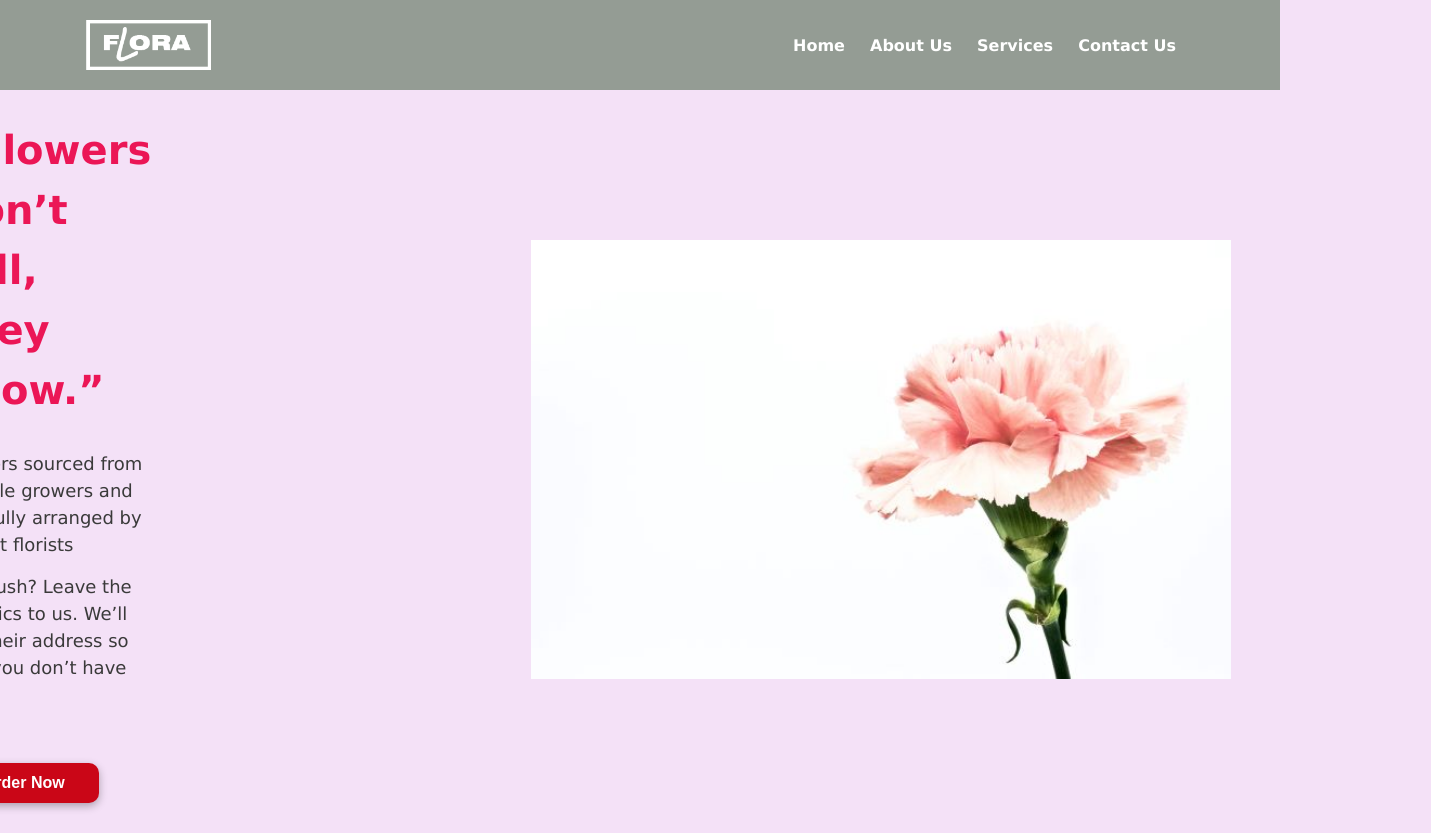
Repository: SaadYasin/test003-flex-box
Page: index.html
An editor plug-in stored every save of this project. The page is shown before and after the next save, followed by the edit.
The browser window is 1280 px wide. The page is 1431 px wide, then 1280 px, so the pictures cover 1431 px, including what lies to the right of the window. The pictures show the whole page.

Above is the page before, as saved 2022-10-30 14:43:15.

After the next save:
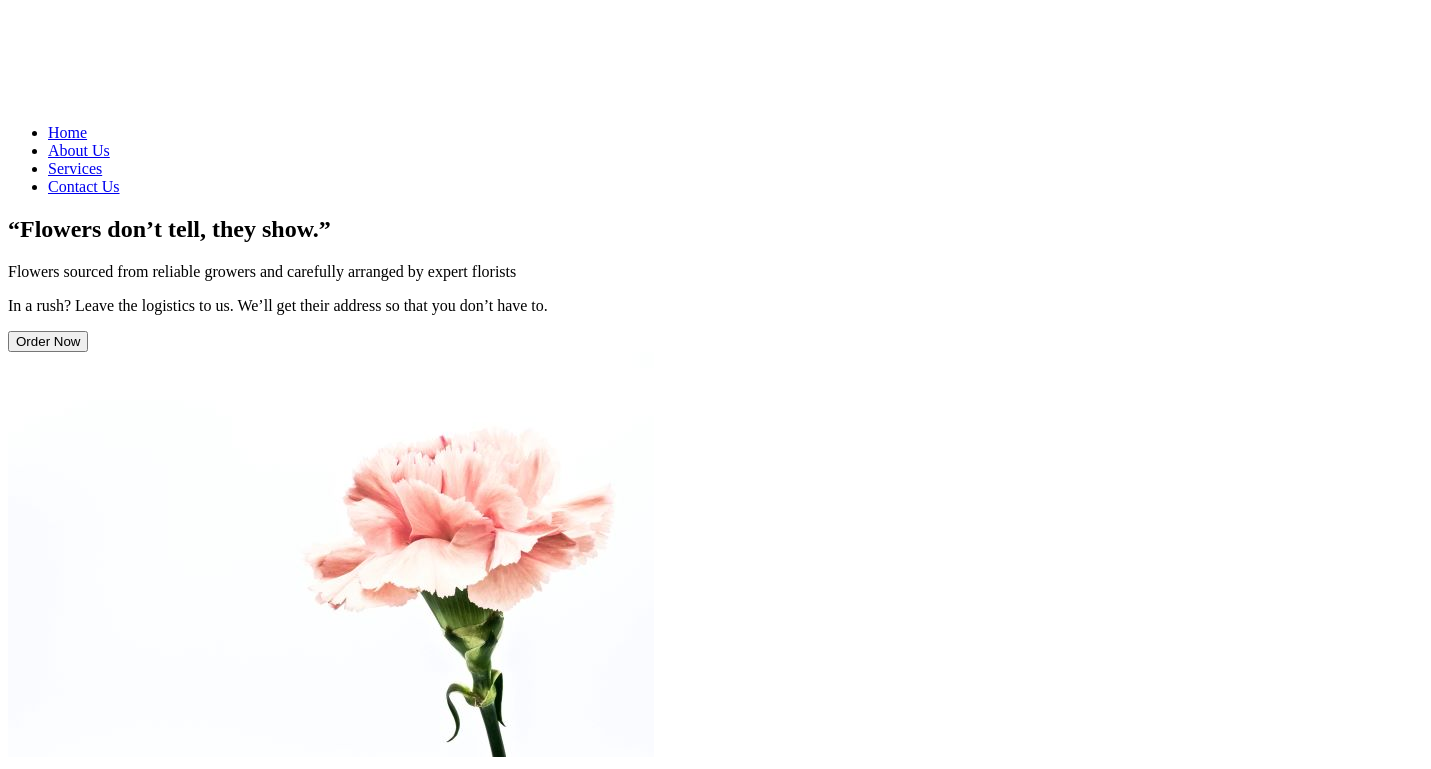
Saved 69 s later.
--- a/index.html
+++ b/index.html
@@ -6,7 +6,7 @@
   <meta name="viewport" content="width=device-width, initial-scale=1.0">
   <title>Business Assistant</title>
 
-  <link rel="stylesheet" href="styles.css">
+
 </head>
 <body>
   <header>
